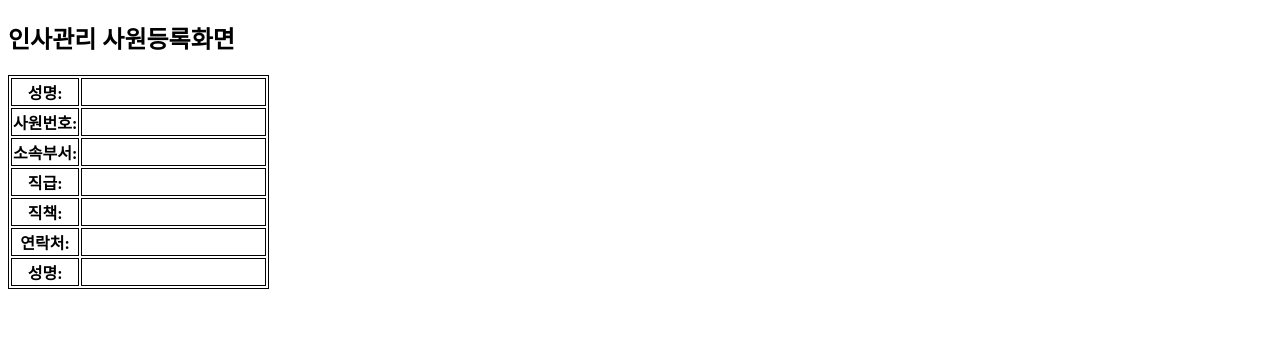
Repository: guguping/finalTestStudy
Page: http://localhost/test1/saveMemberForm.jsp
These files come from the project's save history. The page is drawn as it stood at one moment and after the next save; the edit follows.
The browser window is 1280 px wide. The pictures show the whole page.
The page is served by Tomcat 9.

Above is the page before, as saved 2023-07-28 02:48:04.

### test1/src/main/webapp/saveMemberForm.jsp
<%@ page language="java" contentType="text/html; charset=UTF-8"
    pageEncoding="UTF-8"%>
<!DOCTYPE html>
<html>
<head>
<meta charset="UTF-8">
<title>Insert title here</title>
<style>
	table, tr, td, th {
		border: 1px solid black;
		text-align: center;
	}
	input {
		border: none;
		outline: none;
	}
</style>
</head>
<body>
	<h2>인사관리 사원등록화면</h2>
	<form action="saveMemberForm.jsp" method="post">
	<table>
		<tr>
			<th><label for="name">성명: </label></th>
			<th><input type="text" id="name" name="name"></th>
		</tr>
		<tr>
			<th><label for="id">사원번호: </label></th>
			<th><input type="text" id="id" name="id"></th>
		</tr>
		<tr>
			<th><label for="dept">소속부서: </label></th>
			<th><input type="text" id="dept" name="dept"></th>
		</tr>
		<tr>
			<th><label for="position">직급: </label></th>
			<th><input type="text" id="position" name="position"></th>
		</tr>
		<tr>
			<th><label for="duty">직책: </label></th>
			<th><input type="text" id="duty" name="duty"></th>
		</tr>
		<tr>
			<th><label for="phone">연락처: </label></th>
			<th><input type="text" id="phone" name="phone"></th>
		</tr>
		<tr>
			<th><label for="name">성명: </label></th>
			<th><input type="text" id="name" name="name"></th>
		</tr>
	</table>
	</form>
</body>
</html>

After the next save:
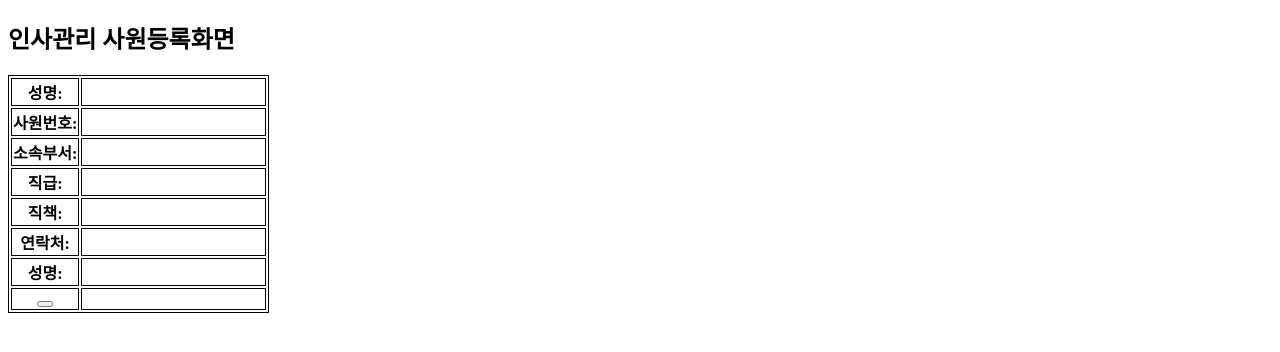
Saved 54 s later.
--- a/test1/src/main/webapp/saveMemberForm.jsp
+++ b/test1/src/main/webapp/saveMemberForm.jsp
@@ -48,6 +48,10 @@
 			<th><label for="name">성명: </label></th>
 			<th><input type="text" id="name" name="name"></th>
 		</tr>
+		<tr>
+			<th><button type="submit"></button></th>
+			<th></th>
+		</tr>
 	</table>
 	</form>
 </body>
